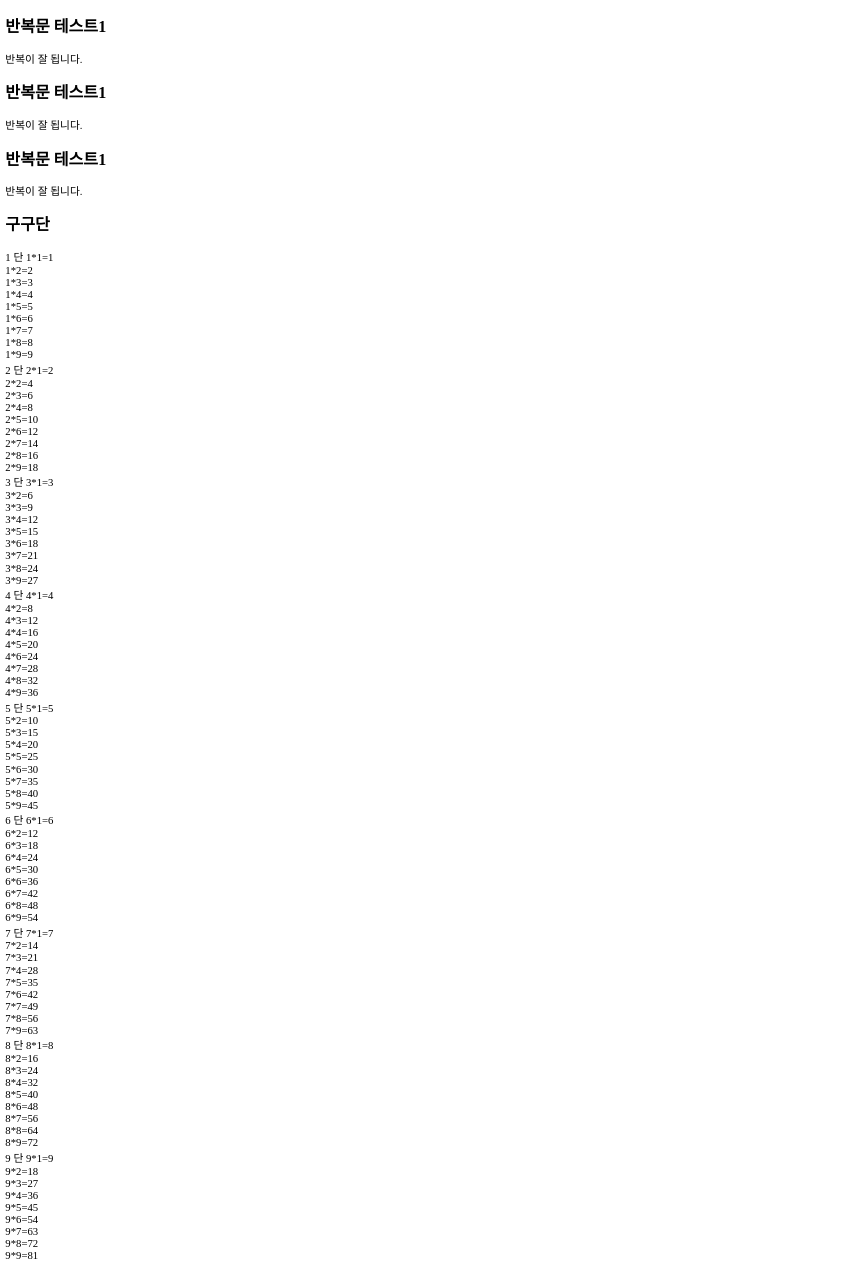
Repository: dev-leeJin/jsp-practice
Page: http://localhost/JSPBasic/jspTag/Scriptlet.jsp
These files come from the project's save history. The page is drawn as it stood at one moment and after the next save; the edit follows.
The browser window is 1280 px wide. The pictures show the whole page, at 67% of full size.
The page is served by Tomcat 9.

Above is the page before, as saved 2022-01-28 02:49:02.

After the next save:
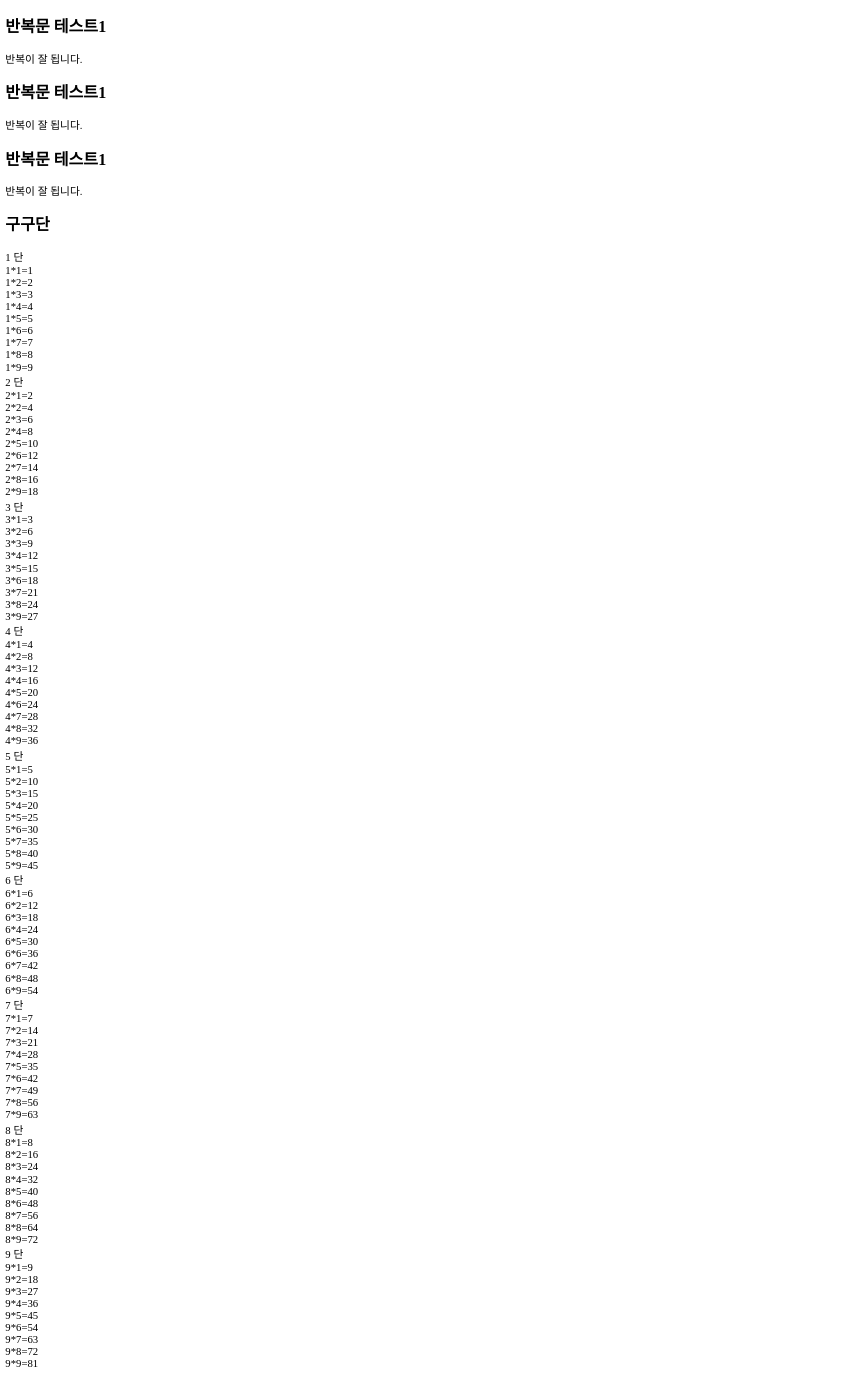
Saved 45 s later.
--- a/JSPBasic/src/main/webapp/jspTag/Scriptlet.jsp
+++ b/JSPBasic/src/main/webapp/jspTag/Scriptlet.jsp
@@ -23,7 +23,7 @@
 	<h2>구구단 </h2>
 	<%
 		for(int a = 1; a<10; a++){
-			out.println(a+" 단");
+			out.println(a+" 단" + "<br/>");
 			for(int b = 1; b<10; b++){
 				out.println(a + "*" + b + "=" + (a*b) + "<br/>");
 			}
